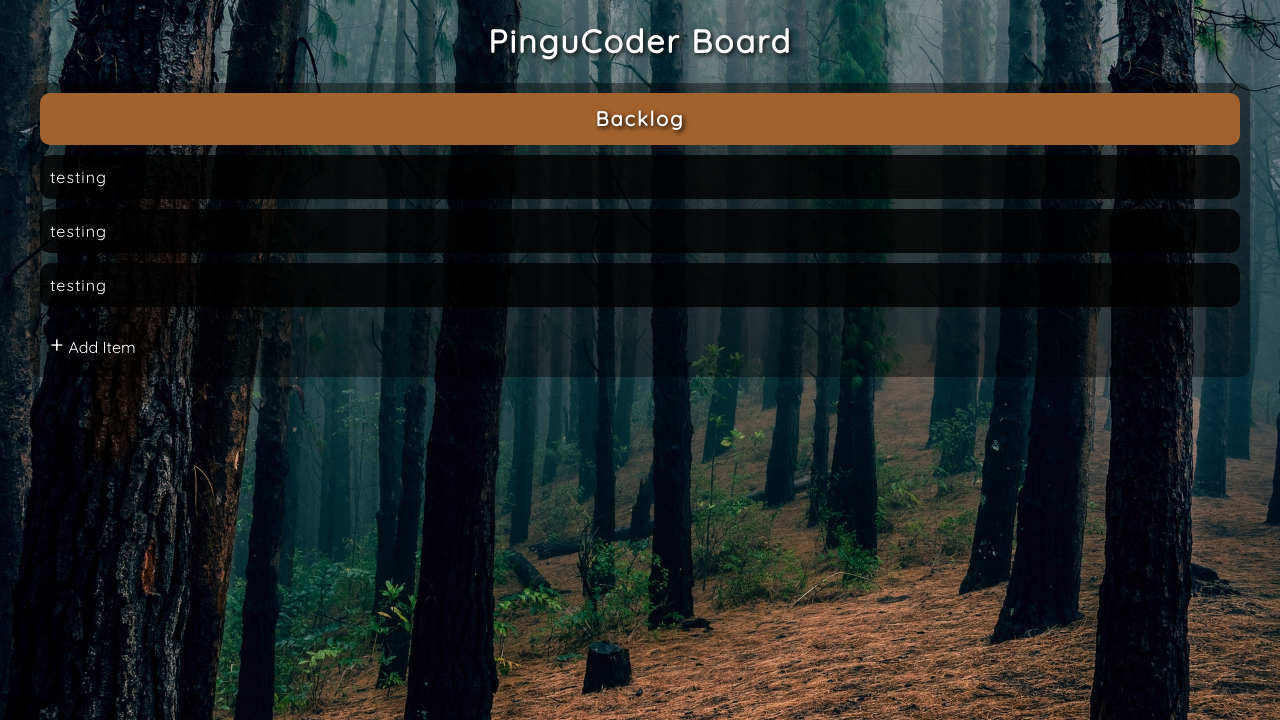
Repository: chanwarichawki/6Drag-And-Drop
Page: index.html
These files come from the project's save history. The page is drawn as it stood at one moment and after a run of saves; the edit follows.
The browser window is 1280 px wide. The pictures show the whole page.

Above is the page before, as saved 2023-12-25 18:46:07.

### index.html
<!DOCTYPE html>
<html lang="en">
<head>
    <meta charset="UTF-8">
    <meta name="viewport" content="width=device-width, initial-scale=1.0">
    <title>Drag and Drop</title>
    <link rel="icon" type="image/png" href="favicon.png">
    <link rel="stylesheet" href="style.css">
</head>
<body>
    <h1 class="main-title">PinguCoder Board</h1>
    <div class="drag-container">
      <ul class="drag-list">
        <!-- backLog column -->
        <li class="drag-column backlog-column">
        <span class="header">
          <h1>Backlog</h1>
        </span>
        <!-- backLog content -->
        <div class="backlog-content">
          <ul class="drag-item-list" id="backlog-list">
            <li class="drag-item">testing</li>
            <li class="drag-item">testing</li>
            <li class="drag-item">testing</li>
          </ul>
        </div>
        <!-- add button group -->
        <div class="add-btn-group">
          <div class="add-btn">
            <span class="plus-sign">+</span>
            <span>Add Item</span>
          </div>
          <div class="add-btn solid">
            <span>Sve Item</span>
          </div>
          <div class="add-container">
            <div class="add-item"></div>
          </div>
        </div>
      </li>
      </ul>
    </div>
    <!-- Script -->
    <script src="script.js"></script>
</body>
</html>

### style.css
/* Trees Image - Pexels: https://www.pexels.com/photo/photo-of-trees-in-forest-3801030/ */
@import url("https://fonts.googleapis.com/css?family=Quicksand&display=swap");

html {
  box-sizing: border-box;
}

:root {
  --column-1: #a2622d;
  --column-2: #1b6161;
  --column-3: #248224;
  --column-4: #a22d22;
}

body {
  margin: 0;
  background: url("./trees.jpg");
  background-size: cover;
  background-position: 50% 60%;
  background-attachment: fixed;
  color: white;
  font-family: Quicksand, sans-serif;
  overflow-y: hidden;
}

h1 {
  letter-spacing: 2px;
  text-shadow: 2px 2px 5px black;
}

.main-title {
  text-align: center;
  font-size: 3rem;
}

ul {
  list-style-type: none;
  margin: 0;
  padding: 0;
}

.drag-container {
  margin: 20px;
}

.drag-list {
  display: flex;
  align-items: flex-start;
}

/* Columns */
.drag-column {
  flex: 1;
  margin: 0 10px;
  position: relative;
  background-color: rgba(0, 0, 0, 0.4);
  border-radius: 10px;
  overflow-x: hidden;
}

.backlog-column .header,
.backlog-column .solid,
.backlog-column .solid:hover,
.backlog-column .over {
  background-color: var(--column-1);
}

.progress-column .header,
.progress-column .solid,
.progress-column .solid:hover,
.progress-column .over {
  background-color: var(--column-2);
}

.complete-column .header,
.complete-column .solid,
.complete-column .solid:hover,
.complete-column .over {
  background-color: var(--column-3);
}

.on-hold-column .header,
.on-hold-column .solid,
.on-hold-column .solid:hover,
.on-hold-column .over {
  background-color: var(--column-4);
}

/* Custom Scrollbar */
.custom-scroll {
  overflow-y: auto;
  max-height: 75vh;
}

.custom-scroll::-webkit-scrollbar-track {
  box-shadow: inset 0 0 6px rgba(0, 0, 0, 0.4);
  border-radius: 10px;
  background-color: rgba(255, 255, 255, 0.3);
  margin-right: 5px;
}

.custom-scroll::-webkit-scrollbar {
  width: 10px;
}

.custom-scroll::-webkit-scrollbar-thumb {
  border-radius: 10px;
  box-shadow: inset 0 0 6px rgba(0, 0, 0, 0.3);
  background-color: rgba(0, 0, 0, 0.8);
}

.header {
  display: flex;
  justify-content: center;
  border-radius: 10px;
  margin: 10px;
}

.header h1 {
  font-size: 1.25rem;
}

/* Drag and Drop */
.over {
  padding: 50px 10px;
}

.drag-item-list {
  min-height: 50px;
}

.drag-item {
  margin: 10px;
  padding: 10px;
  height: fit-content;
  background-color: rgba(0, 0, 0, 0.8);
  border-radius: 10px;
  line-height: 1.5rem;
  letter-spacing: 1px;
  cursor: pointer;
}

.drag-item:focus {
  outline: none;
  background-color: white;
  color: black;
}

/* Add Button Group */
.add-btn-group {
  display: flex;
  justify-content: space-between;
}

.add-btn {
  margin: 10px;
  padding: 5px 10px;
  display: flex;
  align-items: center;
  cursor: pointer;
  width: fit-content;
  border-radius: 5px;
  transition: all 0.3s ease-in;
  user-select: none;
}

.add-btn:hover {
  background-color: rgba(255, 255, 255, 0.9);
  color: black;
}

.add-btn:active {
  transform: scale(0.97);
}

.solid {
  display: none;
}

.solid:hover {
  transition: unset;
  filter: brightness(95%);
  color: white;
}

.plus-sign {
  font-size: 1.5rem;
  margin-right: 5px;
  position: relative;
  top: -3px;
}

.add-container {
  margin: 10px;
  padding: 5px 10px;
  border-radius: 10px;
  background-color: rgba(255, 255, 255, 0.9);
  min-height: 100px;
  display: none;
}

.add-item {
  width: 100%;
  min-height: 100px;
  height: auto;
  background-color: white;
  border-radius: 10px;
  margin: 5px auto;
  resize: none;
  color: black;
  padding: 10px;
}

.add-item:focus {
  outline: none;
}

/* Media Query: Laptop */
@media screen and (max-width: 1800px) {
  .main-title {
    font-size: 2rem;
  }
}

/* Media Query: Large Smartphone (Vertical) */
@media screen and (max-width: 600px) {
  body {
    overflow-y: auto;
  }

  .drag-container {
    margin: 0;
  }

  .drag-list {
    display: block;
  }

  .drag-column {
    margin: 10px;
  }
}

### script.js
const addBtns = document.querySelectorAll('.add-btn:not(.solid)');
const saveItemBtns = document.querySelectorAll('.solid');
const addItemContainers = document.querySelectorAll('.add-container');
const addItems = document.querySelectorAll('.add-item');
// Item Lists
const itemLists = document.querySelectorAll('.drag-item-list');
const backlogList = document.getElementById('backlog-list');
const progressList = document.getElementById('progress-list');
const completeList = document.getElementById('complete-list');
const onHoldList = document.getElementById('on-hold-list');

// Items


// Initialize Arrays
let backlogListArray = [];
let progressListArray = [];
let completeListArray = [];
let onHoldListArray = [];

// Drag Functionality


// Get Arrays from localStorage if available, set default values if not
function getSavedColumns() {
  if (localStorage.getItem('backlogItems')) {
    backlogListArray = JSON.parse(localStorage.backlogItems);
    progressListArray = JSON.parse(localStorage.progressItems);
    completeListArray = JSON.parse(localStorage.completeItems);
    onHoldListArray = JSON.parse(localStorage.onHoldItems);
  } else {
    backlogListArray = ['Release the course', 'Sit back and relax'];
    progressListArray = ['Work on projects', 'Listen to music'];
    completeListArray = ['Being cool', 'Getting stuff done'];
    onHoldListArray = ['Being uncool'];
  }
}

// Set localStorage Arrays
function updateSavedColumns() {
  localStorage.setItem('backlogItems', JSON.stringify(backlogListArray));
  localStorage.setItem('progressItems', JSON.stringify(progressListArray));
  localStorage.setItem('completeItems', JSON.stringify(completeListArray));
  localStorage.setItem('onHoldItems', JSON.stringify(onHoldListArray));
}

// Create DOM Elements for each list item
function createItemEl(columnEl, column, item, index) {
  console.log('columnEl:', columnEl);
  console.log('column:', column);
  console.log('item:', item);
  console.log('index:', index);
  // List Item
  const listEl = document.createElement('li');
  listEl.classList.add('drag-item');

}

// Update Columns in DOM - Reset HTML, Filter Array, Update localStorage
function updateDOM() {
  // Check localStorage once

  // Backlog Column

  // Progress Column

  // Complete Column

  // On Hold Column

  // Run getSavedColumns only once, Update Local Storage


}

After the next 2 saves:
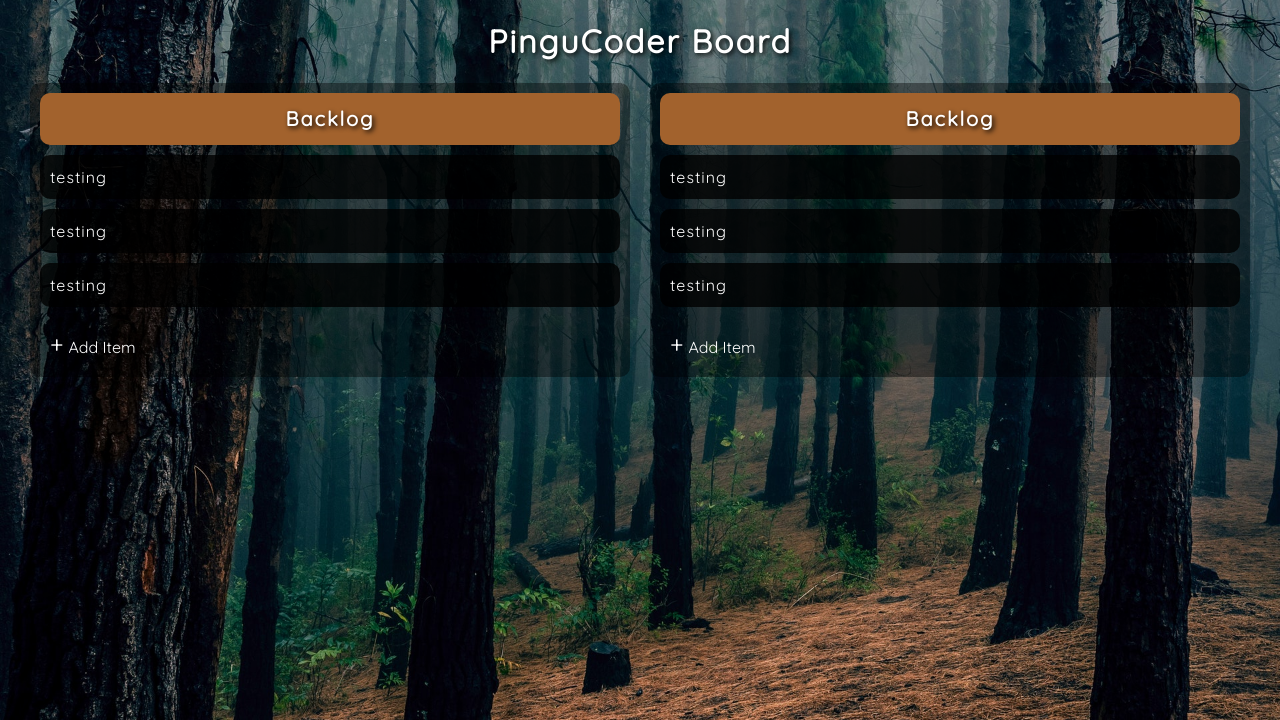
The 2 saves are shown as one change because they came seconds apart.
The last was saved 52 s later.
--- a/index.html
+++ b/index.html
@@ -38,6 +38,32 @@
           </div>
         </div>
       </li>
+      <li class="drag-column backlog-column">
+        <span class="header">
+          <h1>Backlog</h1>
+        </span>
+        <!-- backLog content -->
+        <div class="backlog-content">
+          <ul class="drag-item-list" id="backlog-list">
+            <li class="drag-item">testing</li>
+            <li class="drag-item">testing</li>
+            <li class="drag-item">testing</li>
+          </ul>
+        </div>
+        <!-- add button group -->
+        <div class="add-btn-group">
+          <div class="add-btn">
+            <span class="plus-sign">+</span>
+            <span>Add Item</span>
+          </div>
+          <div class="add-btn solid">
+            <span>Sve Item</span>
+          </div>
+          <div class="add-container">
+            <div class="add-item"></div>
+          </div>
+        </div>
+      </li>
       </ul>
     </div>
     <!-- Script -->
